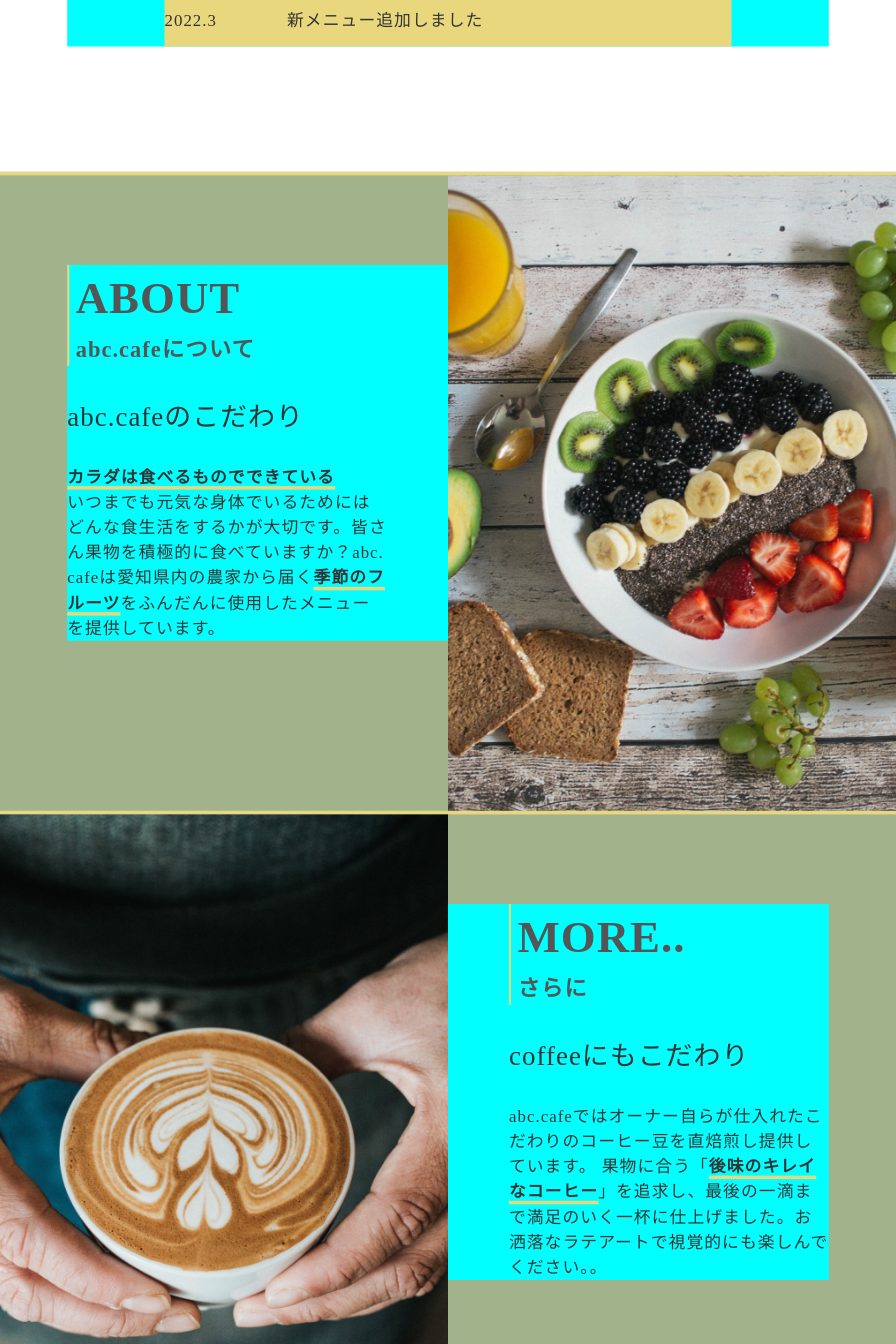
Repository: nozomi-23/lp1_test
Page: index.html
These files come from the project's save history. The page is drawn as it stood at one moment and after the next save; the edit follows.
The browser window is 1280 px wide. The pictures show the part of the page from y = 1129 to 3049 px (the page is 4273 px tall before and 3772 px after), at 70% of full size.

Above is the page before, as saved 2022-06-08 15:04:33.

### index.html
<!DOCTYPE html>
<html lang="ja">
<head>
  <meta charset="UTF-8">
  <title>abc.cafe</title>
  <meta name="description" content="旬の果物とオーガニックなカフェ">
  <meta name="keywords" content="cafe,カフェ,フルーツ,お洒落">
  <meta name="viewport" content="width=device-width, initial-scale=1.0">
  <meta property="og:title" content="フルーツカフェ「abc.cafe」">
  <meta property="og:type" content="article">
  <meta property="og:url" content="https://withcode-plus.tech">
  <meta property="og:image" content="img/logo.png">
  <meta property="og:description" content="旬の果物とカラダに優しい食事を。">
  <meta property="og:site_name" content="お洒落なフルーツカフェ">
  <link rel="icon" href="img/favicon1.ico">
  <link rel="apple-touch-icon" sizes="180x180" href="img/logo.png">
  <link rel="preconnect" href="https://fonts.googleapis.com">
  <link rel="preconnect" href="https://fonts.gstatic.com" crossorigin>
  <link href="https://fonts.googleapis.com/css2?family=Noto+Serif+JP:wght@400;500;600;700;900&display=swap"
    rel="stylesheet">
  <link rel="stylesheet" href="css/reset.css">
  <link rel="stylesheet" href="css/common.css">
</head>
<body>
  <!-- ============= header -->
  <header>
    <div class="header_wrapper">
      <div class="inner">
        <nav class="header_nav">
          <ul>
            <li><a href="#news">NEWS<span>ニュース</span></a></li>
            <li><a href="#about">ABOUT<span>abc.cafeとは</span></a></li>
            <li><a href="#menu">MENU<span>メニュー</span></a></li>
            <li><a href="#access">ACCESS<span>アクセス</span></a></li>
            <li><a href="#contact">CONTACT<span>お問合せ</span></a></li>
          </ul>
        </nav>
      </div>
    </div>
  </header>
  <!-- ===================-main -->
  <div class="top_wrapper">
    <div class="top_inner">
      <h1>abc.cafe</h1>
    </div>
  </div>
  <!-- ===================-news -->
  <section id="news">
    <div class="news_wrapper">
      <div class="inner">
        <h2 class="title">NEWS<span>最新情報</span></h2>
        <div class="news_txt">
          <table>
            <tr>
              <th>2022.6</th>
              <td>今月の営業時間　更新しました</td>
            </tr>
            <tr>
              <th>2022.5</th>
              <td>期間限定　季節のフルーツパフェはじめました</td>
            </tr>
            <tr>
              <th>2022.3</th>
              <td>新メニュー追加しました</td>
            </tr>
          </table>
        </div>
      </div>
    </div>
  </section>
  <!-- ===================-about -->
  <section class="about_img_1 section" id="about">
    <div class="inner">
      <div class="about_descript">
        <h2 class="title">ABOUT<span>abc.cafeについて</span></h2>
        <div class="txt">
          <h3>abc.cafeのこだわり</h3>
          <p><strong>カラダは食べるものでできている</strong><br>
            いつまでも元気な身体でいるためにはどんな食生活をするかが大切です。皆さん果物を積極的に食べていますか？abc.cafeは愛知県内の農家から届く<strong>季節のフルーツ</strong>をふんだんに使用したメニューを提供しています。</p>
        </div>
    </div>
    </div>
    </section>
  <section class="about_img_2 section"   id="about">
    <div class="inner">
      <div class="about_descript about_descript_right">
        <h2 class="title">MORE..<span>さらに</span></h2>
        <div class="txt">
          <h3>coffeeにもこだわり</h3>
          <p>abc.cafeではオーナー自らが仕入れたこだわりのコーヒー豆を直焙煎し提供しています。
          果物に合う「<strong>後味のキレイなコーヒー</strong>」を追求し、最後の一滴まで満足のいく一杯に仕上げました。お洒落なラテアートで視覚的にも楽しんでください。。
          </p>
        </div>
    </div>
    </div>
  </div>
  </section>

  <!-- ===================-menu -->
  <section class="menu_wrapper section" id="menu">
    <div class="inner">
      <h2 class="title">MENU<span>メニュー</span></h2>
      <div class="fram">
        <div class="txt">
          <h4>food</h4>
          <p>フレンチトースト</p>
        </div>
        <p>人気のフレンチトーストやワッフルをご用意しています。その他にも、無農薬栽培の野菜を使用したお食事もご用意してます。</p>
        <img src="img/menu_1.png" alt="フレンチトースト">


      </div>
    </div>
  </section>







</body>
</html>

### css/reset.css
@charset "UTF-8";

html,
body,
div,
span,
object,
iframe,
h1,
h2,
h3,
h4,
h5,
h6,
p,
blockquote,
pre,
abbr,
address,
cite,
code,
del,
dfn,
em,
img,
ins,
kbd,
q,
samp,
small,
strong,
sub,
sup,
var,
b,
i,
dl,
dt,
dd,
ol,
ul,
li,
fieldset,
form,
label,
legend,
table,
caption,
tbody,
tfoot,
thead,
tr,
th,
td,
article,
aside,
canvas,
details,
figcaption,
figure,
footer,
header,
hgroup,
menu,
nav,
section,
summary,
time,
mark,
audio,
video {
  margin: 0;
  padding: 0;
  border: 0;
  outline: 0;
  font-size: 100%;
  vertical-align: baseline;
  background: transparent;
}

body {
  line-height: 1;
}

article,
aside,
details,
figcaption,
figure,
footer,
header,
hgroup,
menu,
nav,
section {
  display: block;
}

nav ul {
  list-style: none;
}

blockquote,
q {
  quotes: none;
}

blockquote:before,
blockquote:after,
q:before,
q:after {
  content: '';
  content: none;
}

a {
  margin: 0;
  padding: 0;
  font-size: 100%;
  vertical-align: baseline;
  background: transparent;
}

/* change colours to suit your needs */
ins {
  background-color: #ff9;
  color: #000;
  text-decoration: none;
}

/* change colours to suit your needs */
mark {
  background-color: #ff9;
  color: #000;
  font-style: italic;
  font-weight: bold;
}

del {
  text-decoration: line-through;
}

abbr[title],
dfn[title] {
  border-bottom: 1px dotted;
  cursor: help;
}

table {
  border-collapse: collapse;
  border-spacing: 0;
}

/* change border colour to suit your needs */
hr {
  display: block;
  height: 1px;
  border: 0;
  border-top: 1px solid #cccccc;
  margin: 1em 0;
  padding: 0;
}

input,
select {
  vertical-align: middle;
}

### css/common.css
@charset "UTF-8";

body {
  font-size: 15px;
  color: #333;
  font-family: 'Noto Serif JP', serif;
  word-break: break-all;
  letter-spacing: 0.1em;
  line-height: 1.5;
}
a {
  text-decoration: none;
  color: #333;
}
li {
  list-style: none;
}
.inner {
  width: 85%;
  margin: 0 auto;
  background-color: aqua;
}
/* =====================
共通パーツ
=========================*/
.title {
  font-weight: bold;
  font-size: 4rem;
  color: #555;
  border-left: solid 3px #E9D77D;
  padding-left: 2%;
  margin-bottom: 10%;
}
.title span {
  display: block;
  font-size: 2rem;
}
.section {
  border-top: solid 5px #E9D77D;
  background-color: #A2B38B;
  padding: 10% 0;
}
/* .section:nth-child(4) {
  background-color: #fff;
  border-top: solid 5px #E9D77D;
} */


/* =====================
header
=========================*/
.header_wrapper {
  width: 100%;
  background-color: #634B47;
}
.header_nav ul {
  width: 100%;
  display: table;
}
.header_nav ul li {
  display: table-cell;
  text-align: center;
}
.header_nav ul li a {
  display: inline-block;
  color: #fff;
  padding: 8% 0;
}
.header_nav ul li a:hover {
  opacity: 0.5;
}
.header_nav ul li a span {
  display: block;
  margin-top: 10%;
}
/* =====================
main
=========================*/
.top_wrapper {
  width: 100%;
  height: 85vh;
  overflow: hidden;
  background: url(../img/main.png) no-repeat center;
  background-size: cover;
  /* margin-bottom: 120px; */
}
.top_wrapper::after {
  content: "";
  position: relative;
  width: 100%;
}
.top_inner {
  position: absolute;
  top: 20%;
  left: 37%;
  z-index: 1;
}
.top_inner h1{
  font-family: 'Lobster', cursive;
  font-size: 15rem;
  color: #fff;
  opacity: 65%;
}
/* =====================
news
=========================*/
.news_wrapper {
  margin-bottom: 14%;
}
.news_txt table{
  margin: 0 auto;
  background-color: #E9D77D;
  font-size: 1.5rem;
}
.news_txt tr {
  border-top: solid 1px;
}
.news_txt th {
  padding: 20px 100px 20px 0;
  font-weight: normal;
}
.news_txt td {
  padding: 20px 100px 20px 0;
}
/* =====================
about
=========================*/

.txt h3 {
  font-size: 2.4rem;
  margin-bottom: 1em;
  font-weight: normal;
}
.txt p {
  font-size: 1.5rem;
  margin-bottom: 25%;
}
.txt strong {
  border-bottom: solid 5px #E9D77D;
}
.about_img_1 {
  position: relative;
}
.about_img_1::after {
  position: absolute;
  content: "";
  background: url(../img/about_1.png) no-repeat center;
  background-size: cover;
  width: 50%;
  height: 100%;
  top: 0;
  left: 50%;
}
.about_img_2 {
  position: relative;
}
.about_img_2::after {
  position: absolute;
  content: "";
  background: url(../img/about_2.png) no-repeat center;
  background-size: cover;
  width: 50%;
  height: 100%;
  top: 0;

}
.about_descript {
  width: 42%;
}
.about_descript_right {
  position: relative;
  left: 58%;
}
/* =====================
menu
=========================*/

After the next save:
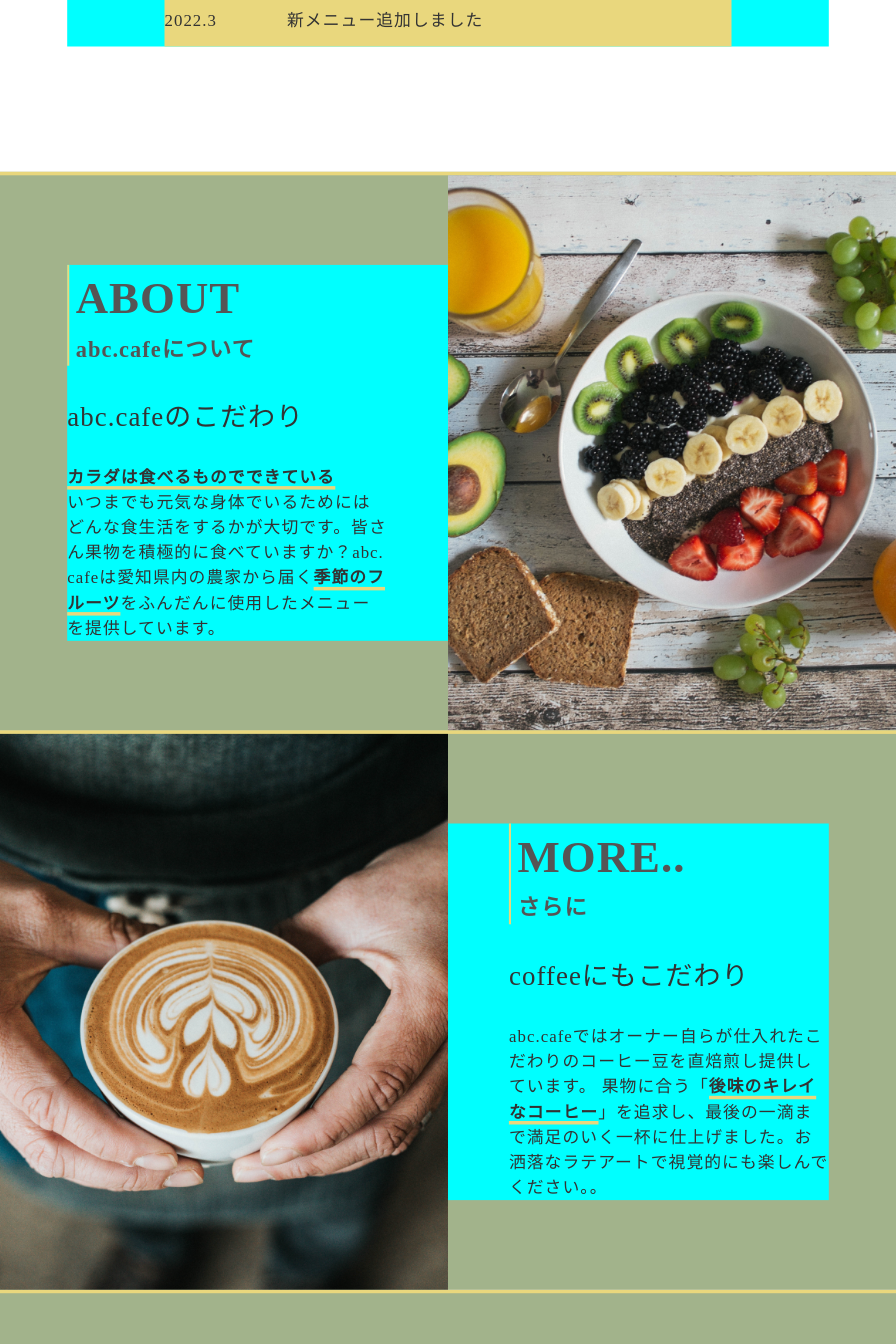
Saved 52 s later.
--- a/css/common.css
+++ b/css/common.css
@@ -133,7 +133,6 @@ about
 }
 .txt p {
   font-size: 1.5rem;
-  margin-bottom: 25%;
 }
 .txt strong {
   border-bottom: solid 5px #E9D77D;
